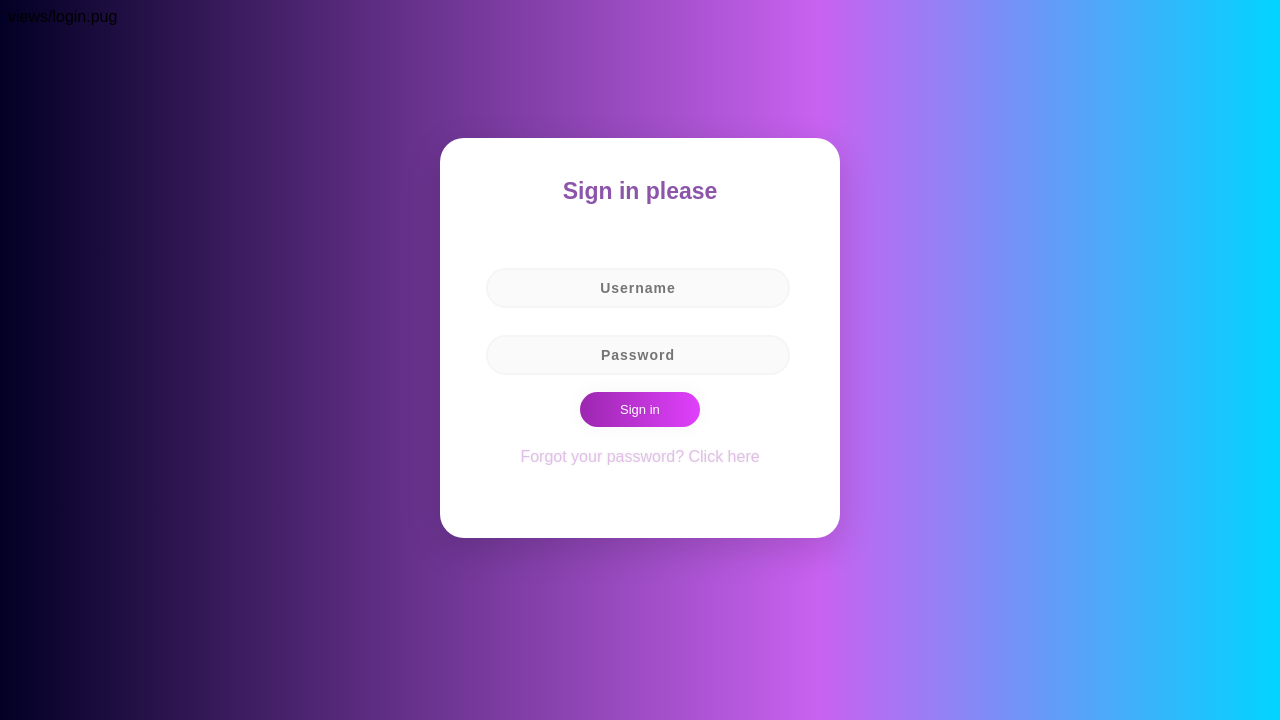
Repository: bettercallsully/MindoverMatterCorp
Page: login.html
An editor plug-in stored every save of this project. The page is shown before and after the next save, followed by the edit.
The browser window is 1280 px wide. The pictures show the whole page.

Above is the page before, as saved 2021-03-04 21:34:28.

After the next save:
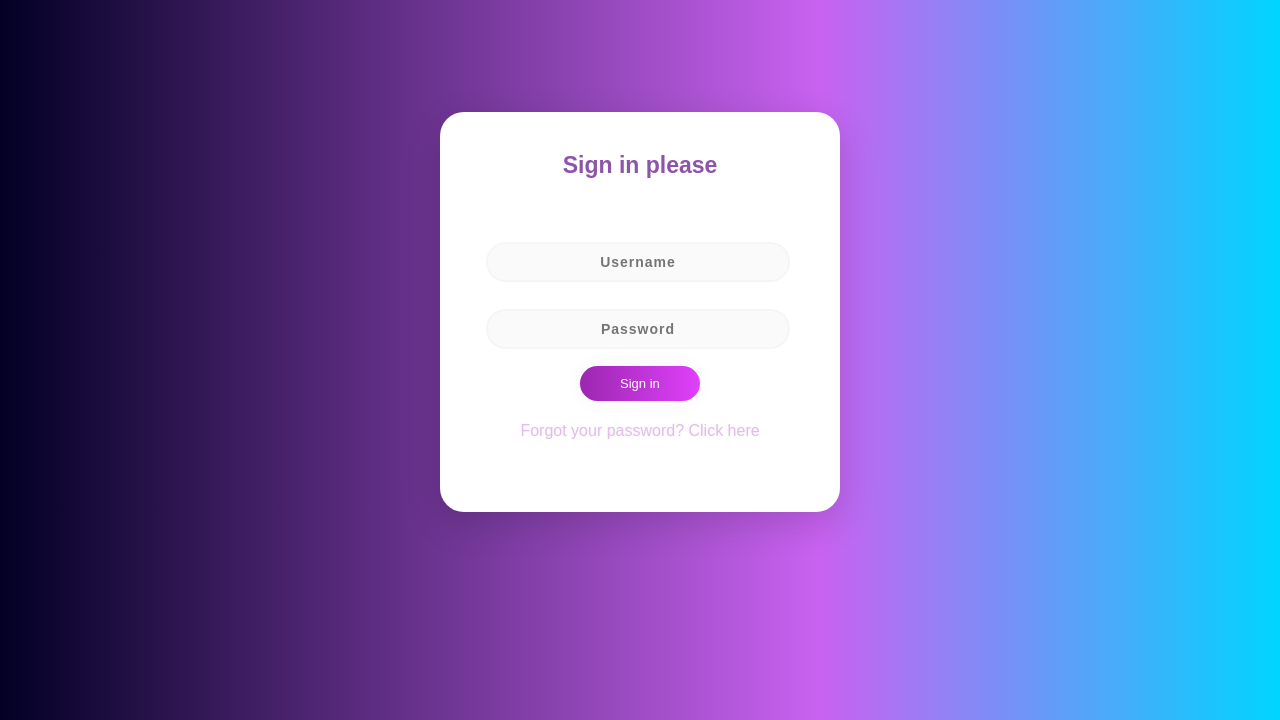
Saved 68 s later.
--- a/login.html
+++ b/login.html
@@ -1,5 +1,4 @@
 <html>
-views/login.pug
 <head>
   <link rel="shortcut icon" type="image/x-icon" href="/public/img/logo.png">
   <link rel="stylesheet" href="public/css/login.css">
